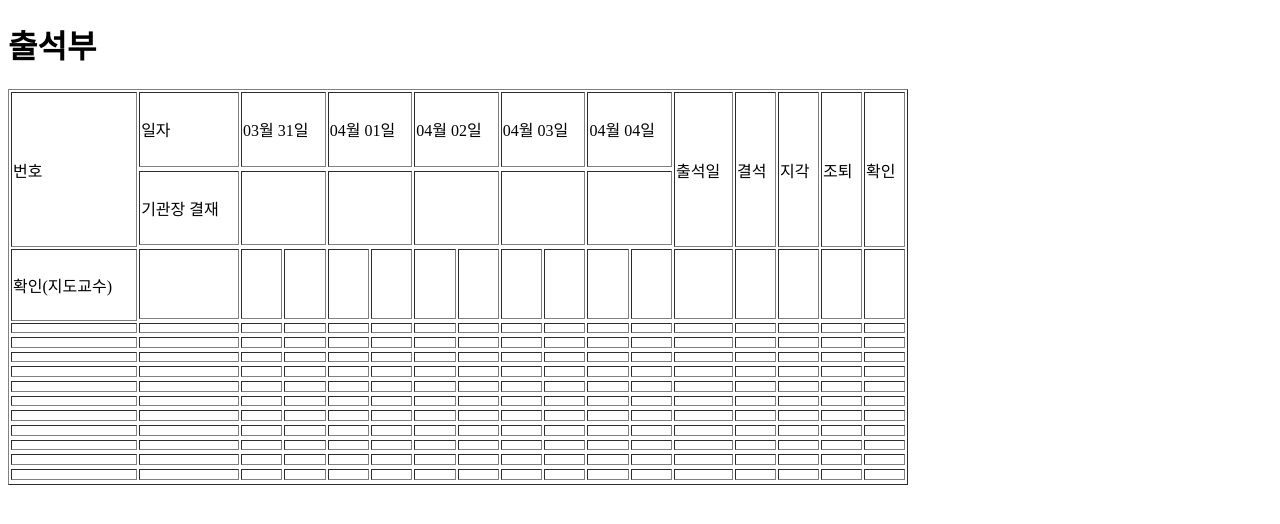
Repository: sinsujung/client
Page: ClientTest/src/main/webapp/문제/q12.html
The author's editor kept a copy of each file at every save. The page is drawn from the files as they stood at one save, then again after the next save.
The browser window is 1280 px wide. The pictures show the whole page.

Above is the page before, as saved 2023-09-21 04:52:53.

### ClientTest/src/main/webapp/문제/q12.html
<!DOCTYPE html>
<html>
<head>
<meta charset="UTF-8">
<title>Insert title here</title>
</head>
<body>
<!--

	가로 17
	세로 14
 -->
	<h1>출석부</h1>
	<table border="1" width="900" height="396.02">
		<tr>
			<td rowspan="4">번호</td>
			<td>일자</td>
			<td colspan="2">03월 31일</td>
			<td colspan="2">04월 01일</td>
			<td colspan="2">04월 02일</td>
			<td colspan="2">04월 03일</td>
			<td colspan="2">04월 04일</td>
			<td rowspan="4">출석일</td>
			<td rowspan="4">결석</td>
			<td rowspan="4">지각</td>
			<td rowspan="4">조퇴</td>
			<td rowspan="4">확인</td>
		<tr>

		<tr>
			<td>기관장 결재</td>
			<td colspan="2"></td>
			<td colspan="2"></td>
			<td colspan="2"></td>
			<td colspan="2"></td>
			<td colspan="2"></td>
		<tr>

		<tr>
			<td rowspan="2">확인(지도교수)</td>
			<td></td>
			<td></td>
			<td></td>
			<td></td>
			<td></td>
			<td></td>
			<td></td>
			<td></td>
			<td></td>
			<td></td>
			<td></td>
			<td></td>
			<td></td>
			<td></td>
			<td></td>
			<td></td>
		<tr>

		<tr>
			<td></td>
			<td></td>
			<td></td>
			<td></td>
			<td></td>
			<td></td>
			<td></td>
			<td></td>
			<td></td>
			<td></td>
			<td></td>
			<td></td>
			<td></td>
			<td></td>
			<td></td>
			<td></td>
			<td></td>
		<tr>

		<tr>
			<td></td>
			<td></td>
			<td></td>
			<td></td>
			<td></td>
			<td></td>
			<td></td>
			<td></td>
			<td></td>
			<td></td>
			<td></td>
			<td></td>
			<td></td>
			<td></td>
			<td></td>
			<td></td>
			<td></td>
		<tr>

		<tr>
			<td></td>
			<td></td>
			<td></td>
			<td></td>
			<td></td>
			<td></td>
			<td></td>
			<td></td>
			<td></td>
			<td></td>
			<td></td>
			<td></td>
			<td></td>
			<td></td>
			<td></td>
			<td></td>
			<td></td>
		<tr>

		<tr>
			<td></td>
			<td></td>
			<td></td>
			<td></td>
			<td></td>
			<td></td>
			<td></td>
			<td></td>
			<td></td>
			<td></td>
			<td></td>
			<td></td>
			<td></td>
			<td></td>
			<td></td>
			<td></td>
			<td></td>
		<tr>

		<tr>
			<td></td>
			<td></td>
			<td></td>
			<td></td>
			<td></td>
			<td></td>
			<td></td>
			<td></td>
			<td></td>
			<td></td>
			<td></td>
			<td></td>
			<td></td>
			<td></td>
			<td></td>
			<td></td>
			<td></td>
		<tr>

		<tr>
			<td></td>
			<td></td>
			<td></td>
			<td></td>
			<td></td>
			<td></td>
			<td></td>
			<td></td>
			<td></td>
			<td></td>
			<td></td>
			<td></td>
			<td></td>
			<td></td>
			<td></td>
			<td></td>
			<td></td>
		<tr>

		<tr>
			<td></td>
			<td></td>
			<td></td>
			<td></td>
			<td></td>
			<td></td>
			<td></td>
			<td></td>
			<td></td>
			<td></td>
			<td></td>
			<td></td>
			<td></td>
			<td></td>
			<td></td>
			<td></td>
			<td></td>
		<tr>

		<tr>
			<td></td>
			<td></td>
			<td></td>
			<td></td>
			<td></td>
			<td></td>
			<td></td>
			<td></td>
			<td></td>
			<td></td>
			<td></td>
			<td></td>
			<td></td>
			<td></td>
			<td></td>
			<td></td>
			<td></td>
		<tr>

		<tr>
			<td></td>
			<td></td>
			<td></td>
			<td></td>
			<td></td>
			<td></td>
			<td></td>
			<td></td>
			<td></td>
			<td></td>
			<td></td>
			<td></td>
			<td></td>
			<td></td>
			<td></td>
			<td></td>
			<td></td>
		<tr>

		<tr>
			<td></td>
			<td></td>
			<td></td>
			<td></td>
			<td></td>
			<td></td>
			<td></td>
			<td></td>
			<td></td>
			<td></td>
			<td></td>
			<td></td>
			<td></td>
			<td></td>
			<td></td>
			<td></td>
			<td></td>
		<tr>

		<tr>
			<td></td>
			<td></td>
			<td></td>
			<td></td>
			<td></td>
			<td></td>
			<td></td>
			<td></td>
			<td></td>
			<td></td>
			<td></td>
			<td></td>
			<td></td>
			<td></td>
			<td></td>
			<td></td>
			<td></td>
		<tr>


	</table>
</body>
</html>

After the next save:
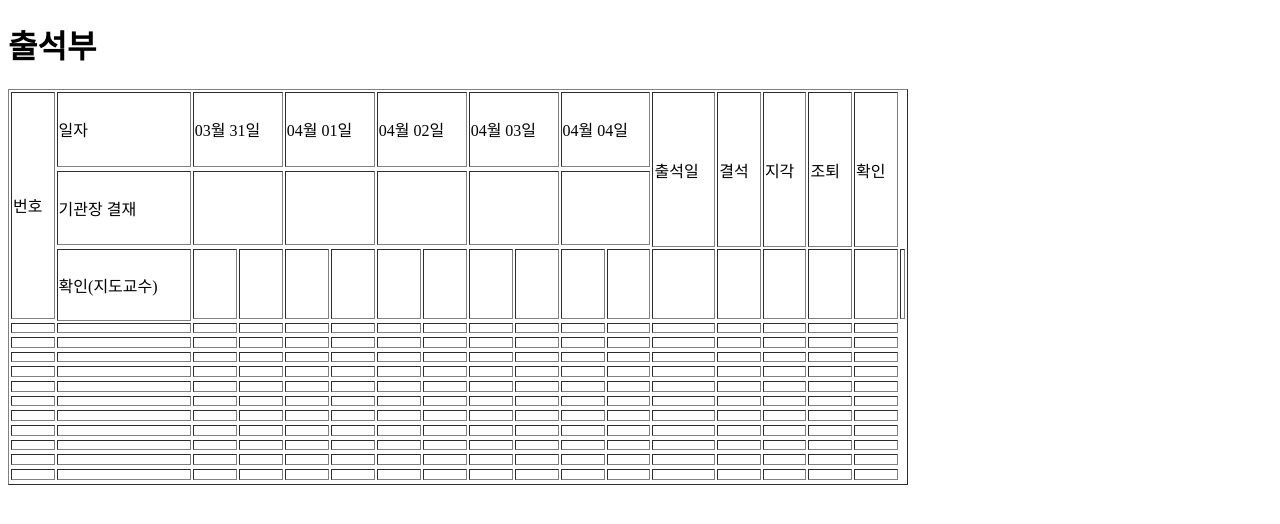
Saved 30 s later.
--- a/ClientTest/src/main/webapp/문제/q12.html
+++ b/ClientTest/src/main/webapp/문제/q12.html
@@ -13,7 +13,7 @@
 	<h1>출석부</h1>
 	<table border="1" width="900" height="396.02">
 		<tr>
-			<td rowspan="4">번호</td>
+			<td rowspan="5">번호</td>
 			<td>일자</td>
 			<td colspan="2">03월 31일</td>
 			<td colspan="2">04월 01일</td>
